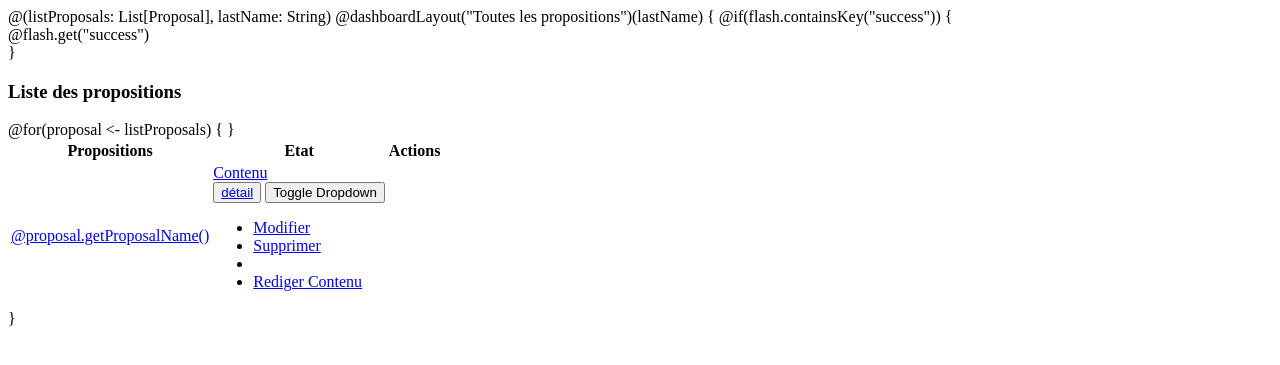
Repository: spirale-software/labo_master
Page: Application/oneDotCom/app/views/proposals.scala.html
An editor plug-in stored every save of this project. The page is shown before and after a run of saves, followed by the edit.
The browser window is 1280 px wide. The pictures show the whole page.

Above is the page before, as saved 2017-04-15 01:50:31.

### Application/oneDotCom/app/views/proposals.scala.html
@(listProposals: List[Proposal], lastName: String)

@dashboardLayout("Toutes les propositions")(lastName) {
<meta content="text/html; charset=UTF-8" http-equiv="Content-Type">
	@if(flash.containsKey("success")) {
		<div class="alert alert-success" role="alert"> @flash.get("success") </div>
	}
	<div class="panel panel-default">
                <!-- Default panel contents -->
                <div class="panel-heading"><h3>Liste des propositions</h3></div>

                <!-- Table -->
                <table class="table table-striped">
                    <tr>
                        <th>Propositions</th>
                        <th>Etat</th>
                        <th>Actions</th>
                    </tr>

                    @for(proposal <- listProposals) {

                    	<tr>
	                        <td>
	                            <p><a href="@routes.ProposalController.detailProposalAction(proposal.getIdProposal())">@proposal.getProposalName()</a></p>
	                        </td>
	                        <td>
                               <a class="btn btn-primary" href="@routes.ProposalContentController.proposalContentAction(proposal.getIdProposal())">
                               		Contenu
                               </a>

	                            <!-- Split button -->
	                            <div class="btn-group">
	                                <button type="button" class="btn btn-default">
	                                	<a href="@routes.ProposalController.detailProposalAction(proposal.getIdProposal())">détail</a>
	                                </button>
	                                <button type="button" class="btn btn-default dropdown-toggle" data-toggle="dropdown" aria-haspopup="true" aria-expanded="false">
	                                    <span class="caret"></span>
	                                    <span class="sr-only">Toggle Dropdown</span>
	                                </button>
	                                <ul class="dropdown-menu">
	                                    <li><a href="@routes.ProposalController.detailProposalAction(proposal.getIdProposal())">Modifier</a></li>
	                                     <li><a href="#">Supprimer</a></li>
	                                    <li role="separator" class="divider"></li>
	                                    <li><a href="@routes.ProposalContentController.proposalContentAction(proposal.getIdProposal())">
	                                    	Rediger Contenu
	                                    </a></li>
	                                </ul>
	                            </div>
	                        </td>
                    	</tr>
                    }
                </table>
            </div>

}

After the next 2 saves:
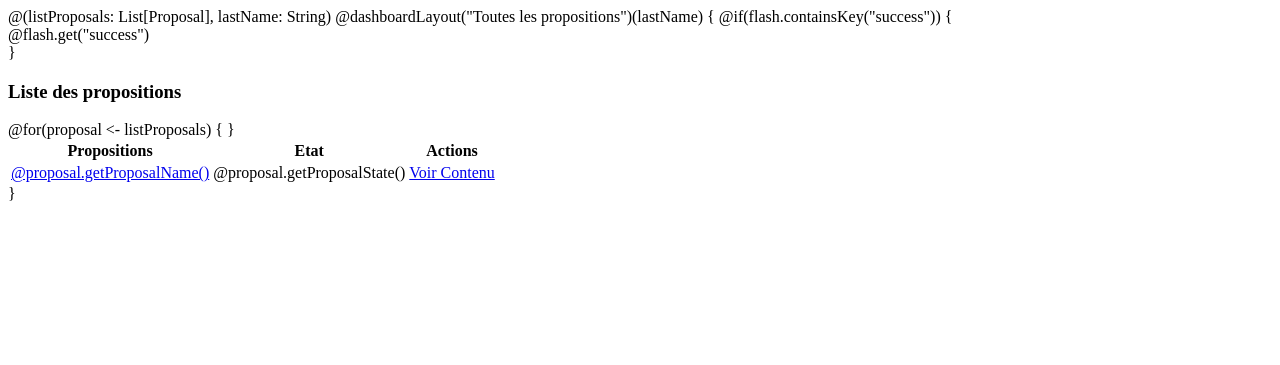
The 2 saves are shown as one change because they came seconds apart.
The last was saved 2 min 29 s later.
--- a/Application/oneDotCom/app/views/proposals.scala.html
+++ b/Application/oneDotCom/app/views/proposals.scala.html
@@ -23,29 +23,11 @@
 	                        <td>
 	                            <p><a href="@routes.ProposalController.detailProposalAction(proposal.getIdProposal())">@proposal.getProposalName()</a></p>
 	                        </td>
+	                        <td>@proposal.getProposalState()</td>
 	                        <td>
                                <a class="btn btn-primary" href="@routes.ProposalContentController.proposalContentAction(proposal.getIdProposal())">
-                               		Contenu
+                               		Voir Contenu
                                </a>
-
-	                            <!-- Split button -->
-	                            <div class="btn-group">
-	                                <button type="button" class="btn btn-default">
-	                                	<a href="@routes.ProposalController.detailProposalAction(proposal.getIdProposal())">détail</a>
-	                                </button>
-	                                <button type="button" class="btn btn-default dropdown-toggle" data-toggle="dropdown" aria-haspopup="true" aria-expanded="false">
-	                                    <span class="caret"></span>
-	                                    <span class="sr-only">Toggle Dropdown</span>
-	                                </button>
-	                                <ul class="dropdown-menu">
-	                                    <li><a href="@routes.ProposalController.detailProposalAction(proposal.getIdProposal())">Modifier</a></li>
-	                                     <li><a href="#">Supprimer</a></li>
-	                                    <li role="separator" class="divider"></li>
-	                                    <li><a href="@routes.ProposalContentController.proposalContentAction(proposal.getIdProposal())">
-	                                    	Rediger Contenu
-	                                    </a></li>
-	                                </ul>
-	                            </div>
 	                        </td>
                     	</tr>
                     }
